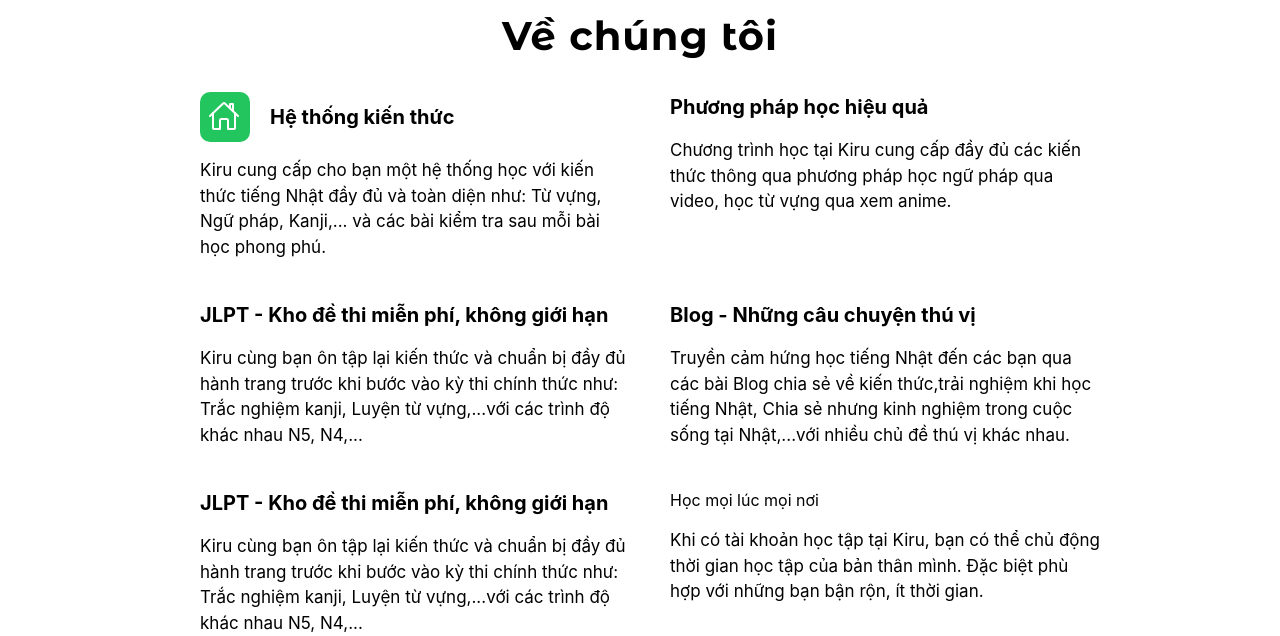
Repository: Quynhhuong150322/Kiru_Website-hoc-tieng-Nhat
Page: /
An editor plug-in stored every save of this project. The page is shown before and after the next save, followed by the edit.
The browser window is 1280 px wide. The pictures show the part of the page from y = 820 to 1561 px (the page is 1456 px tall before and 1561 px after).
The project was rebuilt for these pictures with package versions that can differ from the ones it lists, and the page was loaded fresh each time.

Above is the page before, as saved 2023-08-14 11:59:01.

After the next save:
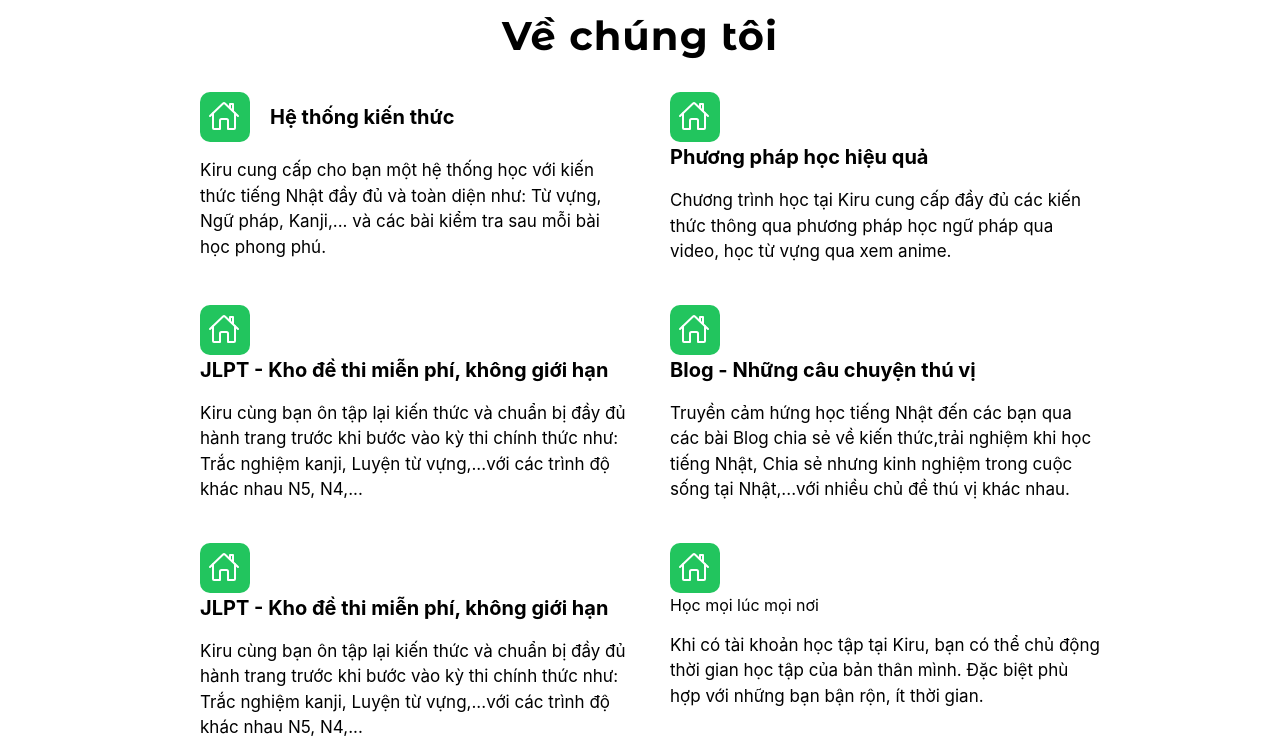
Saved 57 s later.
--- a/src/component/Gioi_thieu.js
+++ b/src/component/Gioi_thieu.js
@@ -48,12 +48,18 @@
                         </div>
                         <div className="">
                             <div className="">
+                                <div className="h-[50px] w-[50px] bg-green-500 rounded-[10px] text-[40px] font-[600] cursor-pointer items-center text-center">
+                                    <IoHomeOutline className="stroke-white pt-2 pl-2"/>
+                                </div>
                                 <p className="font-inter font-bold text-xl">Phương pháp học  hiệu quả</p>
                             </div>
                             <div className="pt-4 font-inter text-[17px]">Chương trình học tại Kiru cung cấp đầy đủ các kiến thức thông qua phương pháp học ngữ pháp qua video, học từ vựng qua xem anime.</div>
                         </div>
                         <div className="">
                             <div className="">
+                                <div className="h-[50px] w-[50px] bg-green-500 rounded-[10px] text-[40px] font-[600] cursor-pointer items-center text-center">
+                                    <IoHomeOutline className="stroke-white pt-2 pl-2"/>
+                                </div>
                                 <p className="font-inter font-bold text-xl">JLPT - Kho đề thi miễn phí,
 không giới hạn </p>
                             </div>
@@ -61,12 +67,18 @@
                         </div>
                         <div className="">
                             <div className="">
+                                <div className="h-[50px] w-[50px] bg-green-500 rounded-[10px] text-[40px] font-[600] cursor-pointer items-center text-center">
+                                    <IoHomeOutline className="stroke-white pt-2 pl-2"/>
+                                </div>
                                 <p className="font-inter font-bold text-xl">Blog - Những câu chuyện thú vị </p>
                             </div>
                             <div className="pt-4 font-inter text-[17px]">Truyền cảm hứng học tiếng Nhật đến các bạn qua các bài Blog chia sẻ về kiến thức,trải nghiệm khi học tiếng Nhật, Chia sẻ nhưng kinh nghiệm trong cuộc sống tại Nhật,...với nhiều chủ đề thú vị khác nhau. </div>
                         </div>
                         <div className="">
                             <div className="">
+                                <div className="h-[50px] w-[50px] bg-green-500 rounded-[10px] text-[40px] font-[600] cursor-pointer items-center text-center">
+                                    <IoHomeOutline className="stroke-white pt-2 pl-2"/>
+                                </div>
                                 <p className="font-inter font-bold text-xl">JLPT - Kho đề thi miễn phí,
 không giới hạn </p>
                             </div>
@@ -74,6 +86,9 @@
                         </div>
                         <div className="">
                             <div className="">
+                                <div className="h-[50px] w-[50px] bg-green-500 rounded-[10px] text-[40px] font-[600] cursor-pointer items-center text-center">
+                                    <IoHomeOutline className="stroke-white pt-2 pl-2"/>
+                                </div>
                                 <p className="">Học mọi lúc mọi nơi</p>
                             </div>
                             <div className="pt-4 font-inter text-[17px] ">Khi có tài khoản học tập tại Kiru, bạn có thể chủ động thời gian học tập của bản thân mình. Đặc biệt phù hợp với những bạn bận rộn, ít thời gian.</div>
